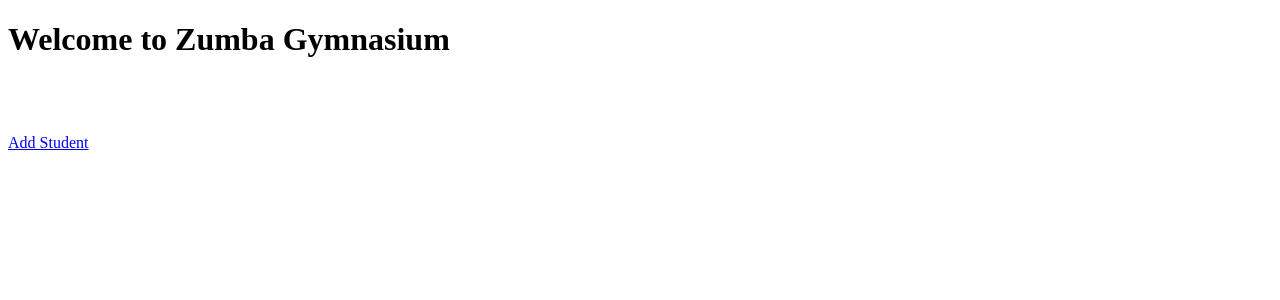
Repository: harshithkandula/Myfirstpractice
Page: ServletDemoJdbc/src/main/webapp/index.html
An editor plug-in stored every save of this project. The page is shown before and after the next save, followed by the edit.
The browser window is 1280 px wide. The pictures show the whole page.

Above is the page before, as saved 2024-02-11 14:00:37.

### ServletDemoJdbc/src/main/webapp/index.html
<!DOCTYPE html>
<html>
<head>
<meta charset="ISO-8859-1">
<title>Welcome to Zumba Gymnasium</title>
</head>
<body>

      <h1>Welcome to Zumba Gymnasium</h1><br><br>
      <br>
      <a href="createStudent.html">Add Student</a>

      <form action="" method="post"></form>
</body>
</html>

After the next save:
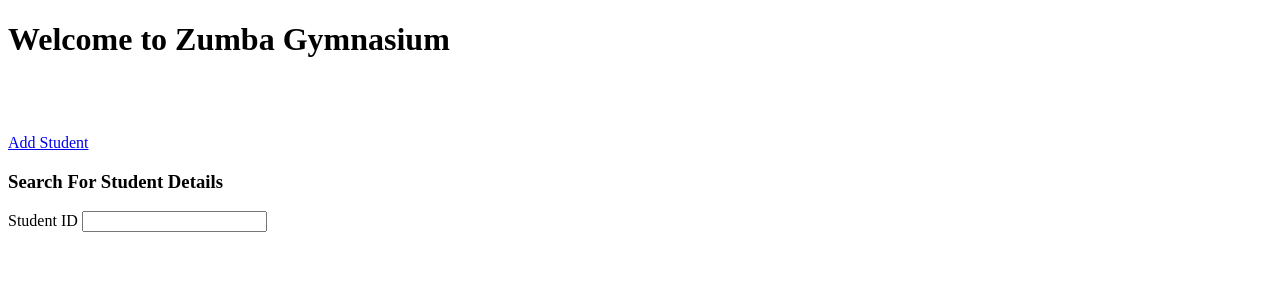
Saved 86 s later.
--- a/ServletDemoJdbc/src/main/webapp/index.html
+++ b/ServletDemoJdbc/src/main/webapp/index.html
@@ -10,6 +10,11 @@
       <br>
       <a href="createStudent.html">Add Student</a>
 
-      <form action="" method="post"></form>
+
+      <H3>Search For Student Details</H3>
+      <form action="" method="post">
+        <label>Student ID</label>
+        <input type="number" name="sid">
+      </form>
 </body>
 </html>
